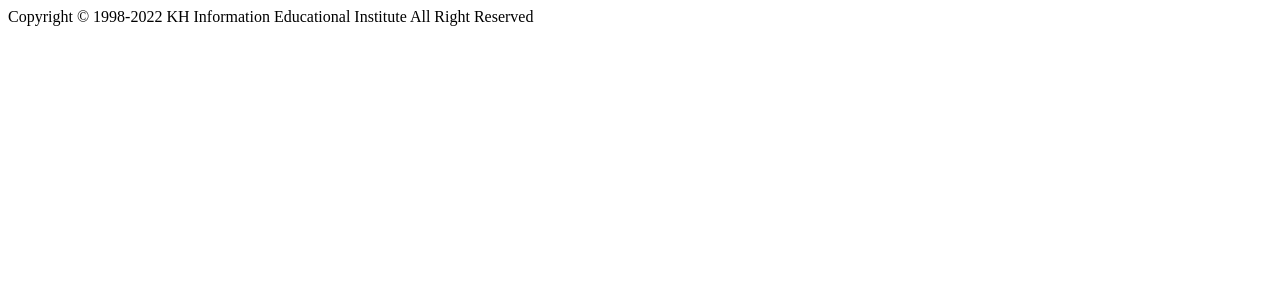
Repository: DonghwanSon1/ajax-jsp-study
Page: http://localhost/ActionProject/views/2_StandardAction/footer.jsp
The author's editor kept a copy of each file at every save. The page is drawn from the files as they stood at one save, then again after the next save.
The browser window is 1280 px wide. The pictures show the whole page.
The page is served by Tomcat 9.

Above is the page before, as saved 2022-07-12 05:30:49.

After the next save:
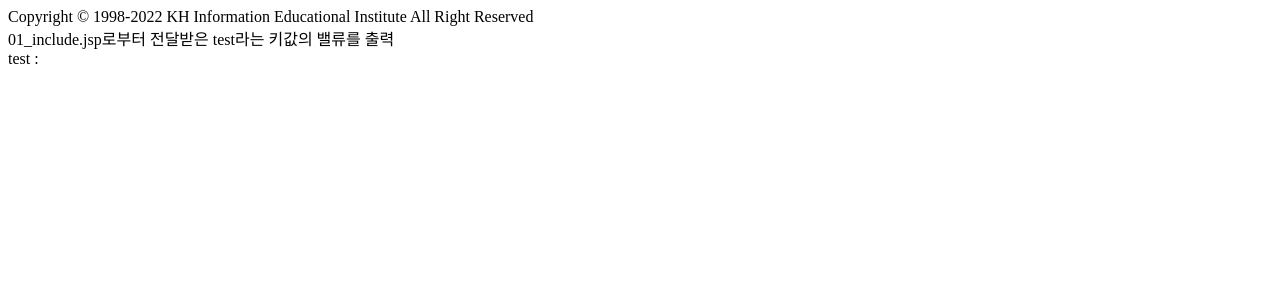
Saved 95 s later.
--- a/ActionProject/WebContent/views/2_StandardAction/footer.jsp
+++ b/ActionProject/WebContent/views/2_StandardAction/footer.jsp
@@ -22,6 +22,9 @@
 
 	<br>
 
+	01_include.jsp로부터 전달받은 test라는 키값의 밸류를 출력 <br>
+	test : ${ param.test }
+
 
 
 
